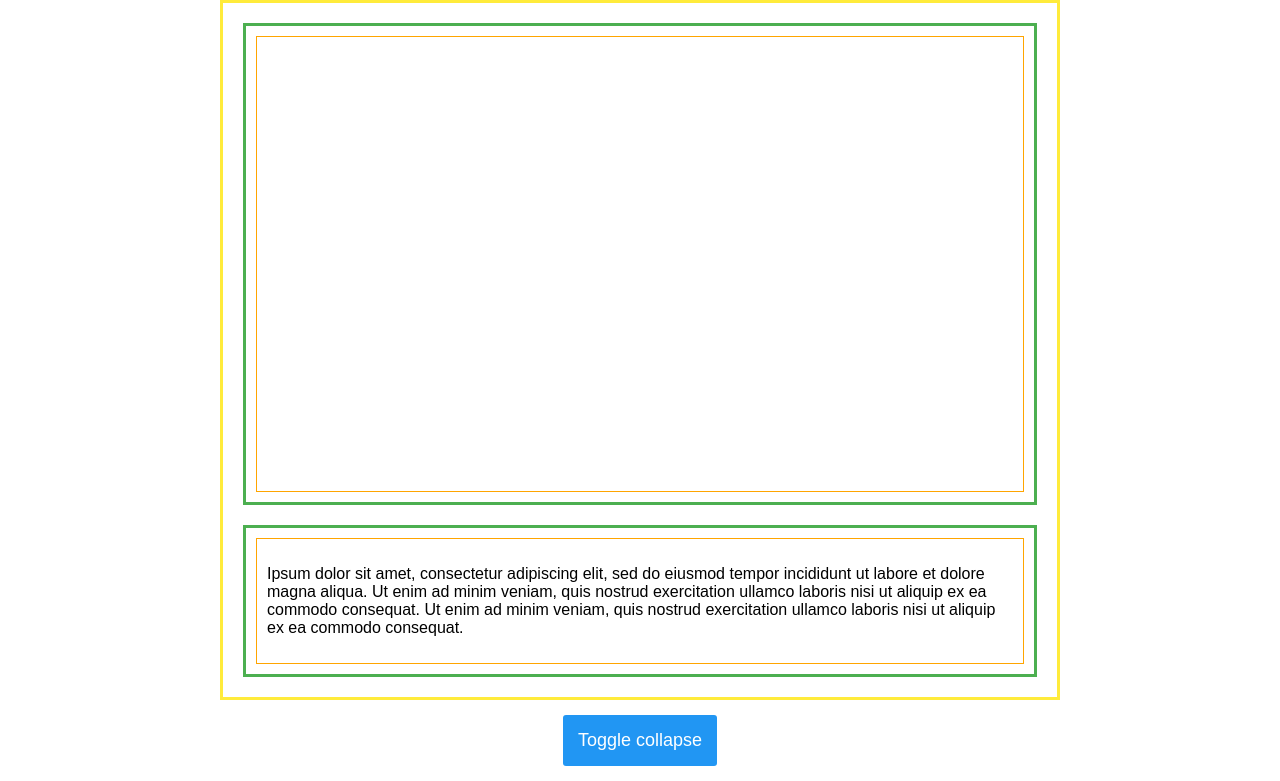
Repository: dsbarnes/groovy-blog
Page: index.html
An editor plug-in stored every save of this project. The page is shown before and after the next save, followed by the edit.
The browser window is 1280 px wide. The pictures show the whole page.
After loading, the first visible `#toggle-button` was clicked once.
An inner scrolling area shows only its first screen. The style sheet was rebuilt from its Sass, Less or Tailwind sources for each picture, by a compiler version that may differ from the author's.

Above is the page before, as saved 2020-05-09 13:33:54.
Console error: ReferenceError: tite is not defined

### index.html
<!DOCTYPE html>
<html lang="en">

<head>
    <meta charset="UTF-8">
    <meta name="viewport" content="width=device-width, initial-scale=1.0">
    <title>Document</title>
    <link rel="stylesheet" href="./CSS/style.css">
</head>

<body>

    <div class="container">
        <!-- Section one -->
        <div class="section-one">
            <div class='double-border'>

                <div id='about-section-text'>
                    <p>This is the about section</p>
                </div>

                <div id='articles-section-text'></div>

            </div>
        </div>

        <!-- Section two -->
        <div class="section-two collapsible">
            <div class='double-border collapsible'>
                <p>Lorem ipsum dolor sit amet, consectetur adipiscing elit, sed do eiusmod tempor incididunt ut labore
                    et
                    dolore
                    magna aliqua.</p>
            </div>
        </div>

        <!-- Section three -->
        <div class="section-three">
            <div class="double-border">
                <p>Ipsum dolor sit amet, consectetur adipiscing elit, sed do eiusmod tempor incididunt ut labore et
                    dolore
                    magna
                    aliqua. Ut enim ad minim veniam, quis nostrud exercitation ullamco laboris nisi ut aliquip ex ea
                    commodo
                    consequat. Ut enim ad minim veniam, quis nostrud exercitation ullamco laboris nisi ut aliquip ex ea
                    commodo
                    consequat.</p>
            </div>
        </div>

    </div><!-- container -->

    <button id="toggle-button">Toggle collapse</button>

    <script type=module src="index.js"></script>
</body>

</html>

### index.js
import articles from './components/articles.js'
import repos from './components/repos.js'

import articlesData from './siteData/articles.js'
import backendData from './siteData/backEnd.js'
import frontendData from './siteData/frontEnd.js'
import fullstackData from './siteData/fullStack.js'

document.querySelector('#toggle-button')
    .addEventListener('click',
        function () {
            // Remove the about me section:
            const aboutText = document.getElementById('about-section-text')
            aboutText.style.display = 'none'

            // Add overflow: scroll
            document.querySelector('.section-one')
                .classList.toggle('collapsed')

            // Shrinks and fades out the middle box
            document.querySelector('.section-two.collapsible')
                .classList.toggle('collapsed');

            // repopulate what was the about section
            // it is now the section the user clicked
            repos(fullstackData)




            // document.querySelector('.double-border.collapsible')
            //     .classList.toggle('collapsed')
        });

### components/articles.js
function modules(arr) {
    console.log('modules works')
}

export default modules

### components/repos.js
function repos(arr) {

    const root = document.getElementById('articles-section-text')

    for (const element of arr) {

        const keys = Object.keys(element)

        const container = document.createElement('div')
        const title = document.createElement('h1')
        const repolink = document.createElement('p')
        const demolink = document.createElement('p')
        const description = document.createElement('p')

        title.innerHTML = element['Repo']
        container.appendChild(tite)

        repolink.innerHTML = element['RepoLink']
        container.appendChild(repolink)

        demolink.innerHTML = element['DemoLink']
        container.appendChild(demolink)

        description.innerHTML = element['Description']
        container.appendChild(description)


        container.classList.add('fade-in')
        root.appendChild(container)

    }
}

export default repos


// for (const key in Object.keys(frontendData)) {
//     const element = document.createElement('p')
//     element.id = 'article'
//     element.innerHTML = frontendData[key]
//     sectionTextArea.appendChild(element)
// }

### siteData/articles.js
const articleData = [
    {
        "Title": "Article Project One",
        "Link": "blah.com",
        "Date": "date-posted",
        "Short": "fjdklsafjdlks;fajsdl;f"
    },
    {
        "Title": "Article Project Two",
        "Link": "blah.com",
        "Date": "date-posted",
        "Short": "fjdklsafjdlks;fajsdl;f"
    },
    {
        "Title": "Article Project Three",
        "Link": "blah.com",
        "Date": "date-posted",
        "Short": "fjdklsafjdlks;fajsdl;f"
    },
    {
        "Title": "Article Project Four",
        "Link": "blah.com",
        "Date": "date-posted",
        "Short": "fjdklsafjdlks;fajsdl;f"
    },
    {
        "Title": "Article Project Five",
        "Link": "blah.com",
        "Date": "date-posted",
        "Short": "fjdklsafjdlks;fajsdl;f"
    }
]

export default articleData

### siteData/backEnd.js
const backendData = [
    {
        "Repo": "Back End Project One",
        "RepoLink": "blah.com",
        "Description": "README.md"
    },
    {
        "Repo": "Back End Project Two",
        "RepoLink": "blah.com",
        "Description": "README.md"
    },
    {
        "Repo": "Back End Project Three",
        "RepoLink": "blah.com",
        "Description": "README.md"
    },
    {
        "Repo": "Back End Project Four",
        "RepoLink": "blah.com",
        "Description": "README.md"
    },
    {
        "Repo": "Back End Project Five",
        "RepoLink": "blah.com",
        "Description": "README.md"
    }
]

export default backendData

### siteData/frontEnd.js
const frontendData = [
    {
        "Repo": "Front End Project One",
        "RepoLink": "blah.com",
        "DemoLink": "demo link",
        "Description": "README.md"
    },
    {
        "Repo": "Front End Project Two",
        "RepoLink": "blah.com",
        "DemoLink": "demo link",
        "Description": "README.md"
    },
    {
        "Repo": "Front End Project Three",
        "RepoLink": "blah.com",
        "DemoLink": "demo link",
        "Description": "README.md"
    },
    {
        "Repo": "Front End Project Four",
        "RepoLink": "blah.com",
        "DemoLink": "demo link",
        "Description": "README.md"
    },
    {
        "Repo": "Front End Project Five",
        "RepoLink": "blah.com",
        "DemoLink": "demo link",
        "Description": "README.md"
    }
]

export default frontendData

### siteData/fullStack.js
const fullstackData = [
    {
        "Repo": "Full Stack Project One",
        "RepoLink": "blah.com",
        "Description": "README.md"
    },
    {
        "Repo": "Full Stack Project Two",
        "RepoLink": "blah.com",
        "Description": "README.md"
    },
    {
        "Repo": "Full Stack Project Three",
        "RepoLink": "blah.com",
        "Description": "README.md"
    },
    {
        "Repo": "Full Stack Project Four",
        "RepoLink": "blah.com",
        "Description": "README.md"
    },
    {
        "Repo": "Full Stack Project Five",
        "RepoLink": "blah.com",
        "Description": "README.md"
    }
]

export default fullstackData

### style.scss
// This stuff matters!
.container {
  display:flex;
  flex-direction:column;
  justify-content:flex-start;

  // sadly, we're required to set at least the container height explicitly
  height:700px;
}

.section-one {
  flex:2;
  border:3px solid #4CAF50;
  margin: 10px;
  padding: 10px;
  overflow: hidden;
}

@keyframes fade-in{
  from{color: white;}
  to{ color: black;}
}
#article{ animation: fade-in 3s forwards;}

.section-one.collapsed{
   overflow: hidden;
  .double-border{ overflow: scroll; }
}

.section-two {
  // note that we're transitioning flex, not height!
  transition:all 0.4s ease;
  transition-property: flex, border, margin, padding, color;
  border:3px solid #4CAF50;
  flex:1;
  overflow:hidden;
  margin: 10px;
  padding: 10px;
  color: black;
}
.section-two.collapsed {
  flex: 0;
  border: 0px solid white;
  margin: 0 200px;
  padding: 0 400px;
  color: white;
}

.section-three{
  margin: 10px;
  padding: 10px;
  border:3px solid #4CAF50;
}
.double-border{
  border: 1px solid orange;
  height: 100%;
  p{padding: 10px;}
}
.double-border.collapsed {
  border: 1px solid white;
}


// This stuff doesn't matter!
* {
  box-sizing:border-box;
}
body {
  margin:0;
  font-family:arial;
}
.container {
  border: 3px solid #FFEB3B;
  margin:0 auto;
  max-width:840px;
  padding: 10px;
}
button {
  display:block;
  font-size:18px;
  border:none;
  border-radius:3px;
  background:#2196F3;
  color:white;
  margin:15px auto;
  padding:15px;
}

After the next save:
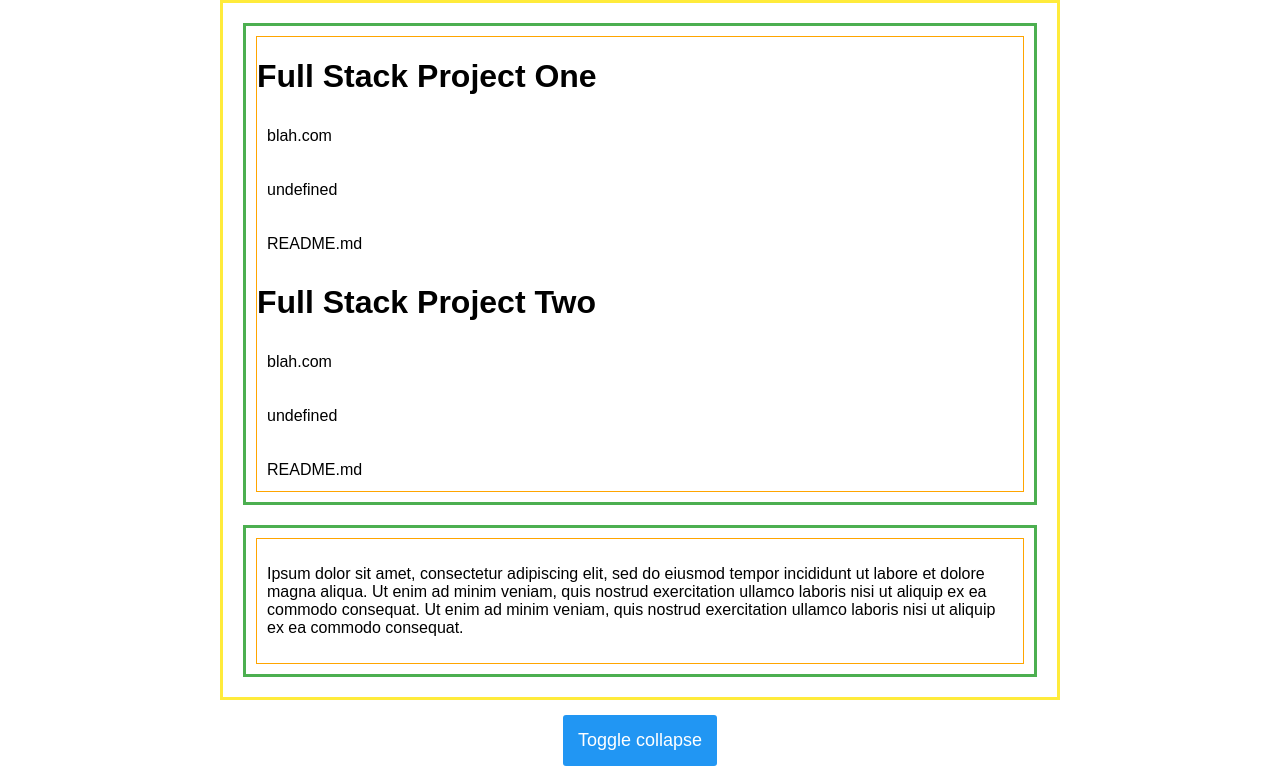
The error is gone.
Saved 81 s later.
--- a/components/repos.js
+++ b/components/repos.js
@@ -13,7 +13,7 @@
         const description = document.createElement('p')
 
         title.innerHTML = element['Repo']
-        container.appendChild(tite)
+        container.appendChild(title)
 
         repolink.innerHTML = element['RepoLink']
         container.appendChild(repolink)
